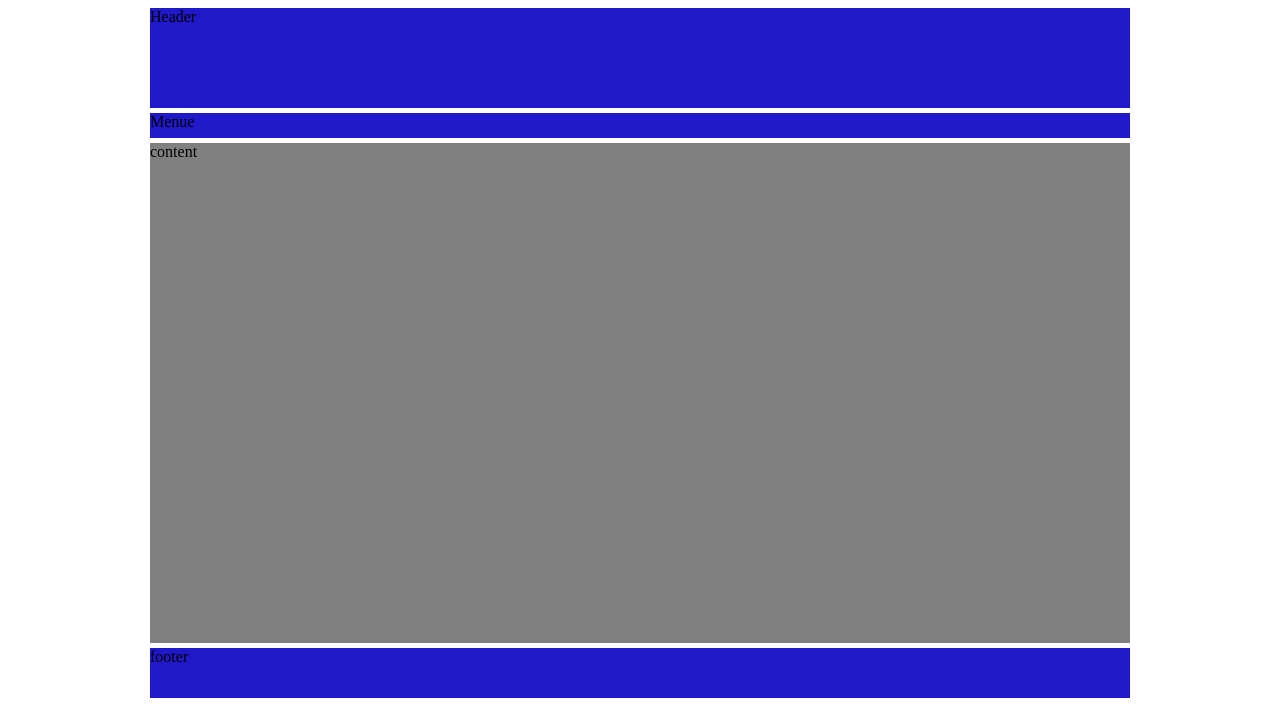
Repository: WebtechTeam7/RentMyStuff
Page: Code/Homepage_Test1/WebContent/META-INF/Index.html
An editor plug-in stored every save of this project. The page is shown before and after the next save, followed by the edit.
The browser window is 1280 px wide. The pictures show the whole page.

Above is the page before, as saved 2014-10-16 14:10:10.

### Code/Homepage_Test1/WebContent/META-INF/Index.html
<!DOCTYPE HTML PUBLIC "-//W3C//DTD HTML 4.01 Transitional//EN" "http://www.w3.org/TR/html4/loose.dtd">
<html>
<head>
<title>Verschenk's Konstanz</title>
<meta name="description" content="Die Homepage dient dazu Dinge in Konstanz zu verschenken">
<meta name="keywords" content="Konstanz Verschenken ">
<meta name="author" content="Dennis">
<meta charset="UTF-8">
<link rel="stylesheet" type="text/css" href="Mystyle.css">
</head>
   <body>
   <div id="wrapper">
         <div id="header">Header</div>

         <div id="menue">Menue</div>

         <div id="content">content</div>

         <div id="footer">footer</div>

   </div>




   </body>
  </noframes>
</frameset>
</html>

### Code/Homepage_Test1/WebContent/META-INF/Mystyle.css
#wrapper{
 margin-left:auto;
 margin-right:auto;
 //background-color:green;
 width:980px;
 height:500px;
}

#header{
 width:100%;
 height:100px;
 background-color:#2019CA;
 margin-bottom: 5px;
 }

#menue{
 width:100%;;
 height:25px;
 background-color:#2019CA;
 margin-right: 5px;
 margin-bottom: 5px;
 }

#content{
 width:100%;
 height:500px;
 background-color:gray;
 }

 #footer{
 width:100%;
 height:50px;
 background-color:#2019CA;
 clear:both;
 margin-top: 5px;
 }

After the next save:
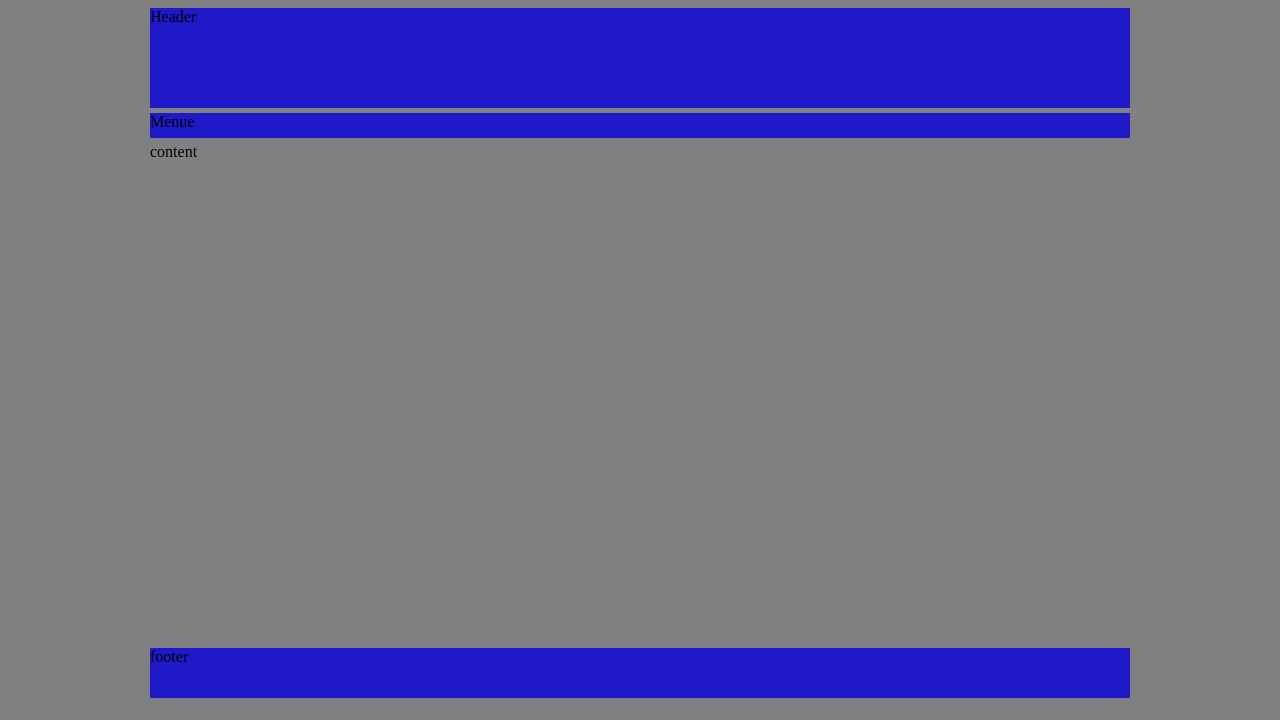
Saved 4 min 32 s later.
--- a/Code/Homepage_Test1/WebContent/META-INF/Mystyle.css
+++ b/Code/Homepage_Test1/WebContent/META-INF/Mystyle.css
@@ -1,3 +1,6 @@
+body{
+	background-color: grey;
+}
 #wrapper{
  margin-left:auto;
  margin-right:auto;
